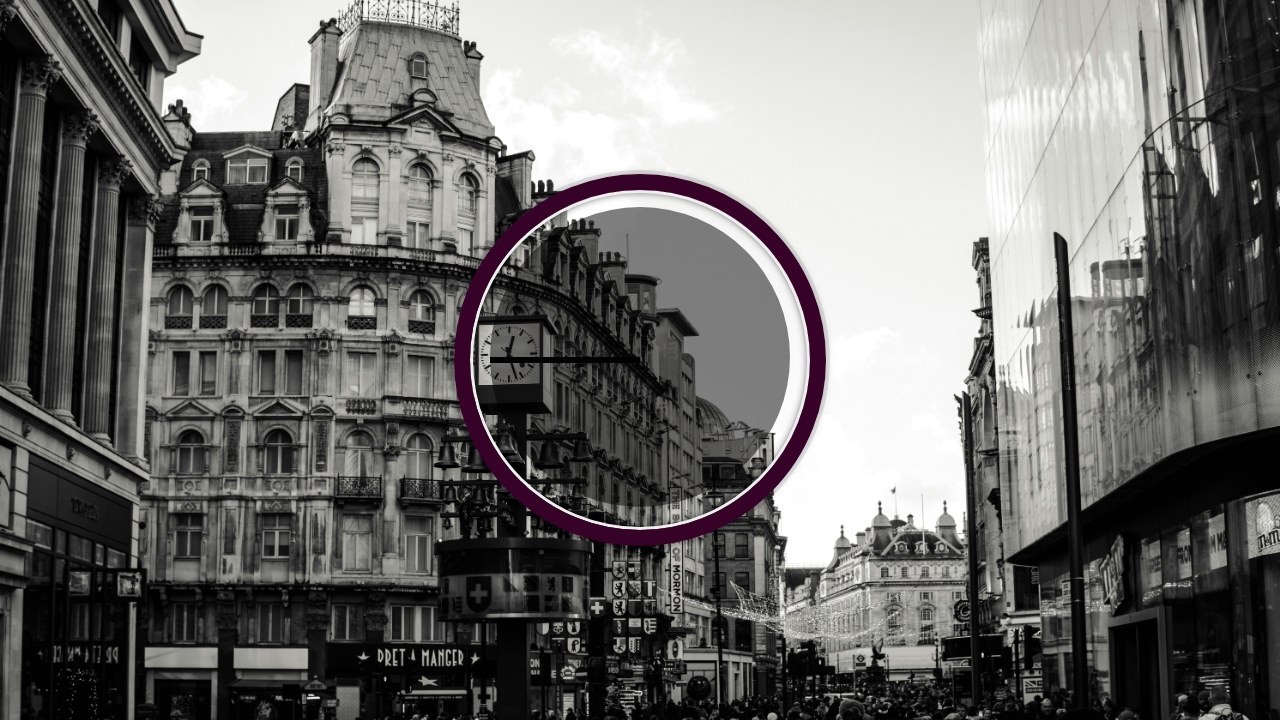
Repository: Freezler/javascript-css-clock
Page: index.html
These files come from the project's save history. The page is drawn as it stood at one moment and after the next save; the edit follows.
The browser window is 1280 px wide. The pictures show the whole page.

Above is the page before, as saved 2024-08-24 15:49:30.

### index.html
<!DOCTYPE html>
<html lang="en">

<head>
    <meta charset="UTF-8">
    <title>JS + CSS Clock</title>
    <link rel="icon" href="https://fav.farm/🔥" />
    <link rel="stylesheet" href="style.css">
</head>

<body>
    <div class="clock">
        <div class="clock-face">
            <div class="hand hour-hand"></div>
            <div class="hand min-hand"></div>
            <div class="hand second-hand"></div>
        </div>
    </div>
    <script src="/main.js"></script>
</body>

</html>

### style.css
html {
    background: url(../javascriptCss-clock/igor.jpg) no-repeat center center fixed;
    background-repeat: no-repeat;
    background-attachment: fixed;
    background-position: center center;
    background-size: cover;
    font-family: 'system-ui', sans-serif;
    text-align: center;
    font-size: 10px;
}

body {
    margin: 0;
    font-size: 2rem;
    display: flex;
    flex: 1;
    min-height: 100vh;
    align-items: center;
}

.clock {
    width: 30rem;
    height: 30rem;
    border: 16px solid rgb(54, 2, 40);
    border-radius: 50%;
    margin: 50px auto;
    position: relative;
    padding: 2rem;
    box-shadow:
        0 0 0 4px rgba(0, 0, 0, 0.1),
        inset 0 0 0 3px #EFEFEF,
        inset 0 0 10px black,
        0 0 10px rgba(0, 0, 0, 0.2);
}

.clock-face {
    position: relative;
    width: 100%;
    height: 100%;
    transform: translateY(-3px);
    /* account for the height of the clock hands */
    background: rgba(0, 0, 0, 0.5);

    border-radius: 50%;

}

.hand {
    width: 50%;
    height: 6px;
    background: black;
    position: absolute;
    top: 50%;
}

Loaded but not shown: main.js (no stored copy; drawn as an empty file)

After the next save:
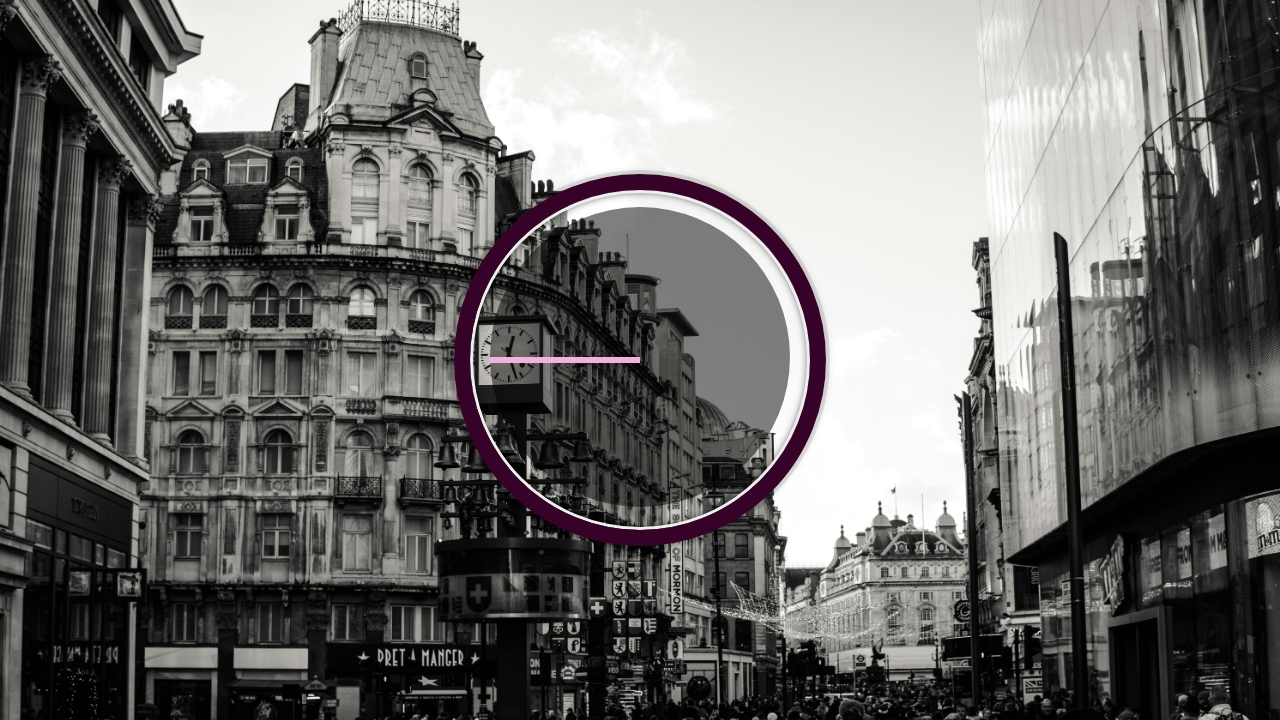
Saved 10 s later.
--- a/style.css
+++ b/style.css
@@ -48,7 +48,7 @@ body {
 .hand {
     width: 50%;
     height: 6px;
-    background: black;
+    background: rgb(240, 179, 221);
     position: absolute;
     top: 50%;
 }
